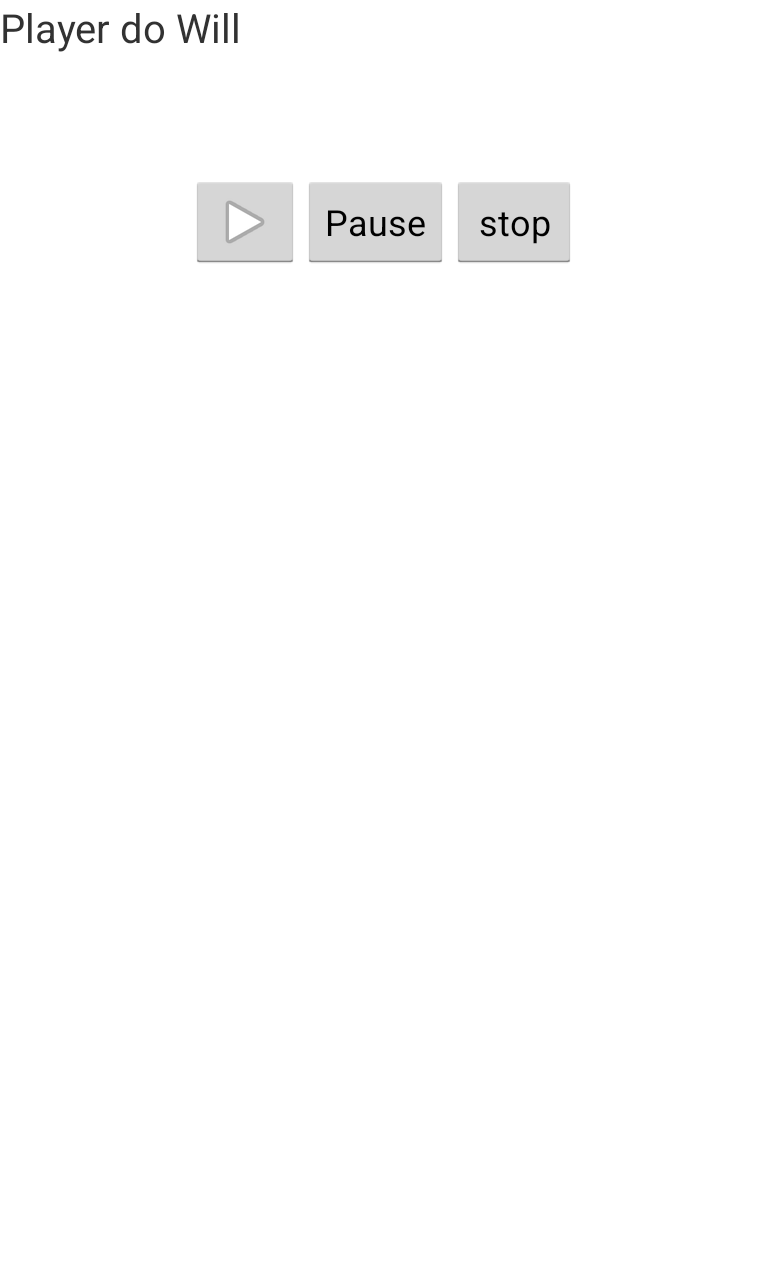
Repository: thiagopsilva/Android-book
Layout: Som/res/layout/activity_som.xml
An editor plug-in stored every save of this project. The layout is shown before and after the next save, followed by the edit.
It is drawn on a 768 x 1280 px phone screen (xhdpi) without system bars, with theme AppTheme; the app's code is not run.

Above is the layout before, as saved 2012-12-17 12:24:44.

### Som/res/layout/activity_som.xml
<?xml version="1.0" encoding="utf-8"?>
<LinearLayout xmlns:android="http://schemas.android.com/apk/res/android"
	android:layout_width="fill_parent"
	android:layout_height="fill_parent"
	android:orientation="vertical" >

	<TextView
		android:layout_width="fill_parent"
		android:layout_height="wrap_content"
		android:text="Player do Will"
		android:textSize="20sp"/>

<LinearLayout
	android:id="@+id/linearLayout1"
	android:layout_width="match_parent"
	android:layout_height="60sp"
	android:gravity="center"
	android:orientation="horizontal">

	<ImageView
		android:id="@+id/imageView1"
		android:layout_width="wrap_content"
		android:layout_height="60sp" />

</LinearLayout>

<LinearLayout
	android:id="@+id/linearLayout2"
	android:layout_width="match_parent"
	android:layout_height="wrap_content" android:orientation="horizontal" android:gravity="center">

	<ImageButton
		android:id="@+id/bttocar"
		android:src="@android:drawable/ic_media_play"
		android:layout_width="wrap_content"
		android:layout_height="wrap_content"/>

	<Button
		android:id="@+id/btpausar"
		android:layout_width="wrap_content"
		android:layout_height="wrap_content"
		android:text="Pause" />

	<Button
	    android:id="@+id/btstop"
	    android:layout_width="wrap_content"
	    android:layout_height="wrap_content"
	    android:text="stop"/>

</LinearLayout>

</LinearLayout>

Loaded but not shown: Som/res/values/styles.xml (common file); Som/res/values-v11/styles.xml (common file); Som/res/values-v14/styles.xml (common file)

After the next save:
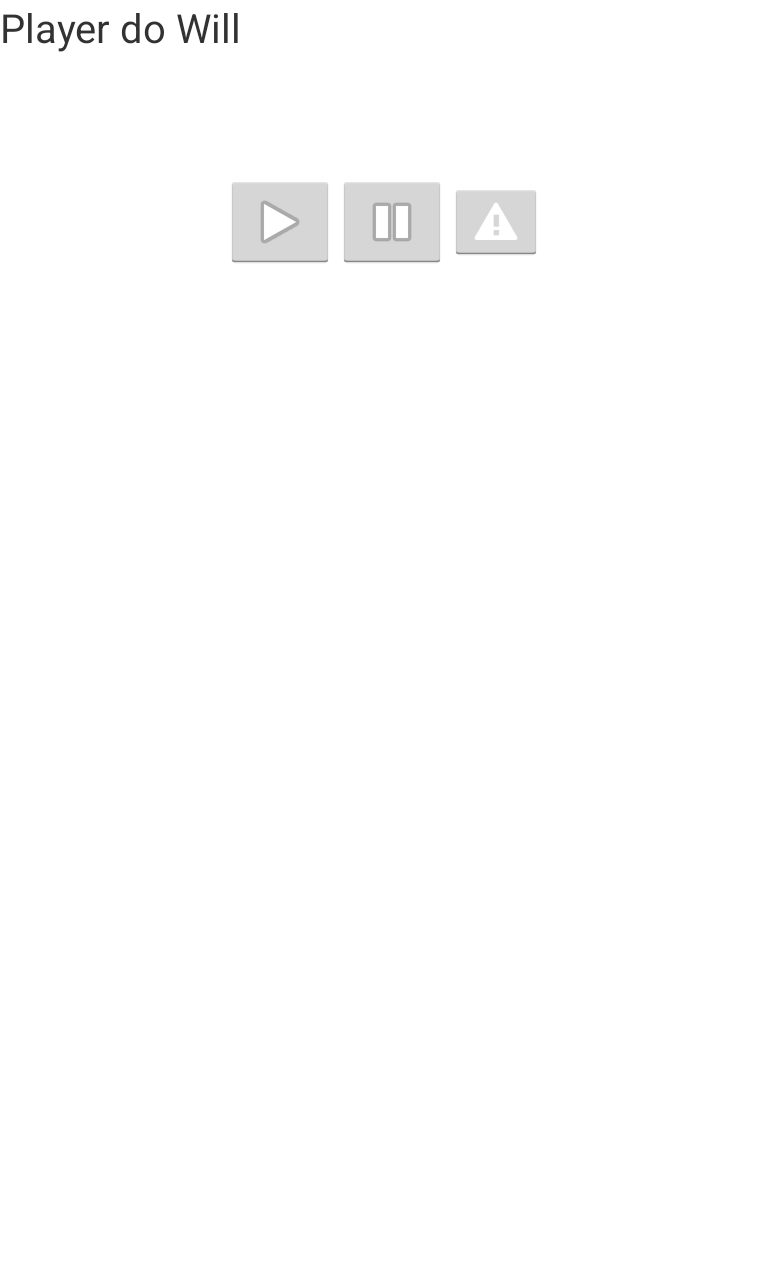
Saved 2 min 56 s later.
--- a/Som/res/layout/activity_som.xml
+++ b/Som/res/layout/activity_som.xml
@@ -35,17 +35,17 @@
 		android:layout_width="wrap_content"
 		android:layout_height="wrap_content"/>
 
-	<Button
+	<ImageButton
 		android:id="@+id/btpausar"
+		android:src="@android:drawable/ic_media_pause"
 		android:layout_width="wrap_content"
-		android:layout_height="wrap_content"
-		android:text="Pause" />
+		android:layout_height="wrap_content"/>
 
-	<Button
+	<ImageButton
 	    android:id="@+id/btstop"
+	    android:src="@android:drawable/stat_notify_error"
 	    android:layout_width="wrap_content"
-	    android:layout_height="wrap_content"
-	    android:text="stop"/>
+	    android:layout_height="wrap_content"/>
 
 </LinearLayout>
 
